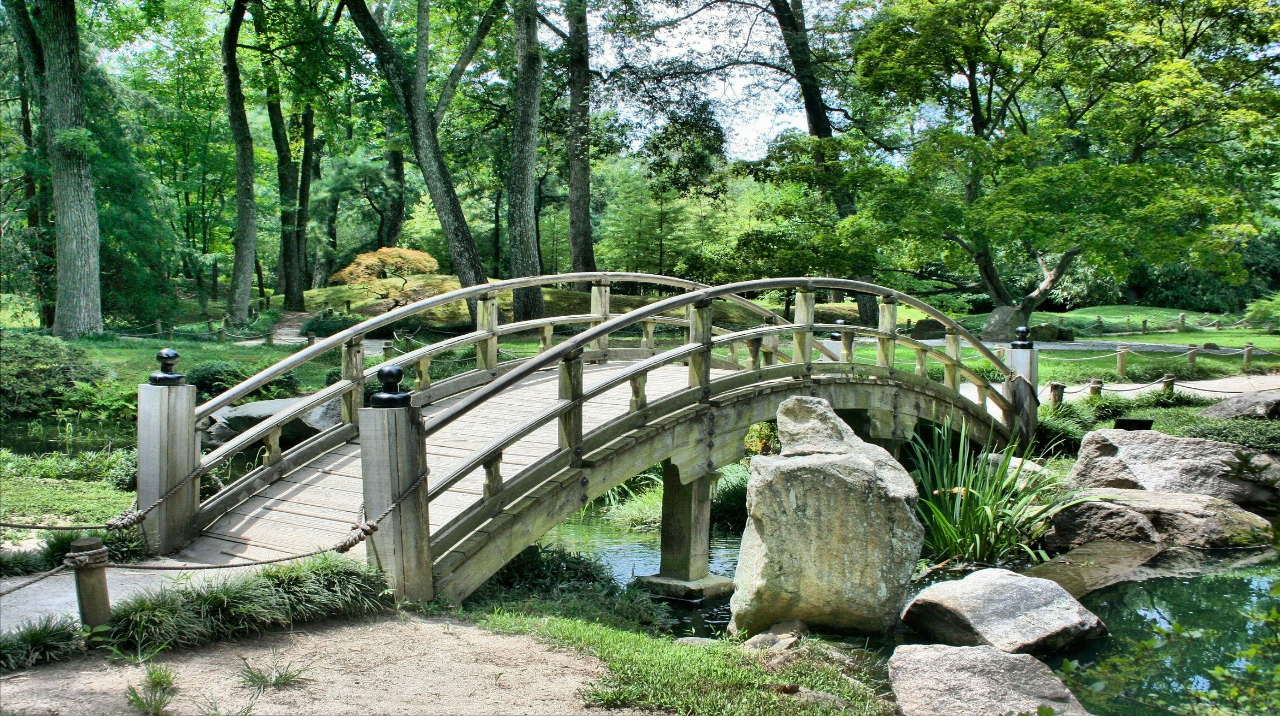
Repository: PatryxB/garden
Page: http://localhost/
An editor plug-in stored every save of this project. The page is shown before and after the next save, followed by the edit.
The browser window is 1280 px wide. The pictures show the whole page.
The page is served by the project's Laravel application, run on PHP 8.4 with Laravel 8. Other server files are loaded and not shown. Style sheets and scripts are compiled from the project's sources, by tool versions that may differ from the author's.

Above is the page before, as saved 2020-05-01 20:53:22.

### resources/views/welcome.blade.php
<!DOCTYPE html>
<html lang="{{ str_replace('_', '-', app()->getLocale()) }}">
    <head>
        <meta charset="utf-8">
        <meta name="viewport" content="width=device-width, initial-scale=1">

        <title>Garden</title>

        <!-- Fonts -->
        <link href="https://fonts.googleapis.com/css?family=Nunito:200,600" rel="stylesheet">
        <link rel="stylesheet" href="/css/app.css">

    <body>
        <div class="banner">
            <img src="{{url('/img/gardenbanner.jpg')}}" alt="">
        </div>
    </body>
</html>

### resources/sass/app.scss
html, body{
    box-sizing: border-box;
    margin: 0;
    padding: 0;
}
.banner img{
    width: 100%;
    height: 99.5vh;
    position: relative;
}

Loaded but not shown: routes/web.php (common file)

After the next save:
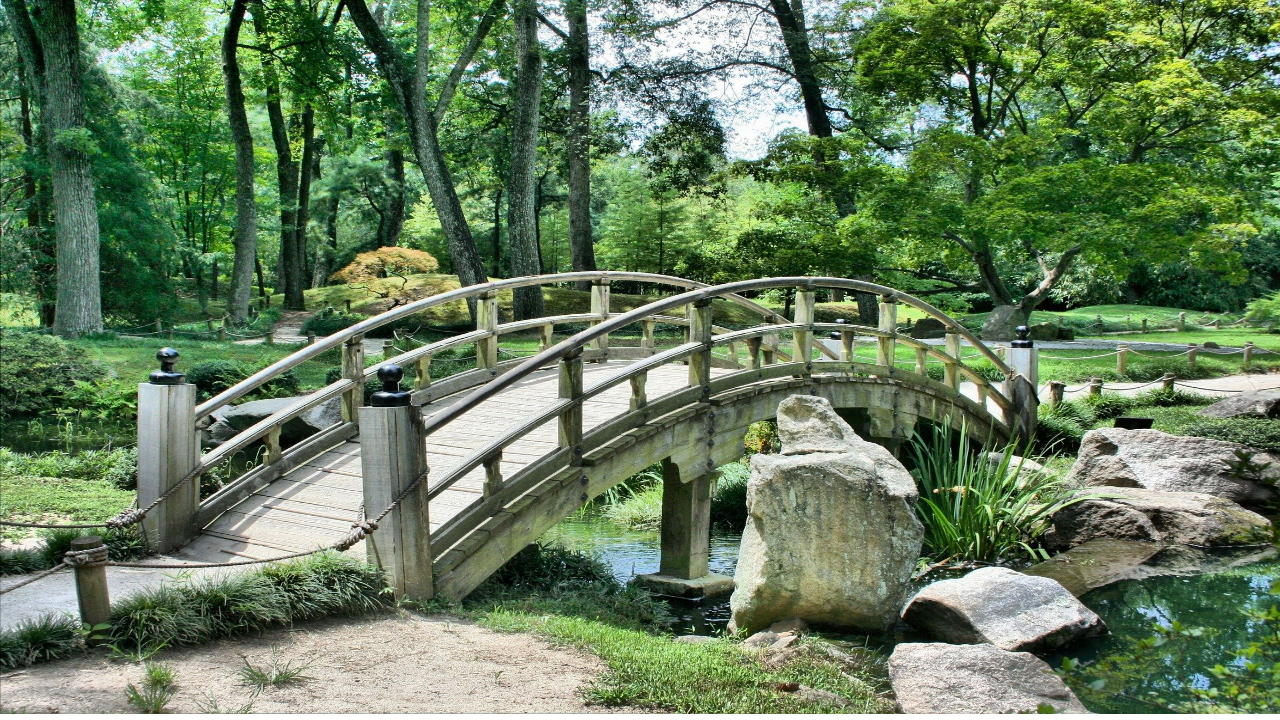
Saved 9 s later.
--- a/resources/sass/app.scss
+++ b/resources/sass/app.scss
@@ -5,6 +5,6 @@ html, body{
 }
 .banner img{
     width: 100%;
-    height: 99.5vh;
+    height: 99.2vh;
     position: relative;
 }
